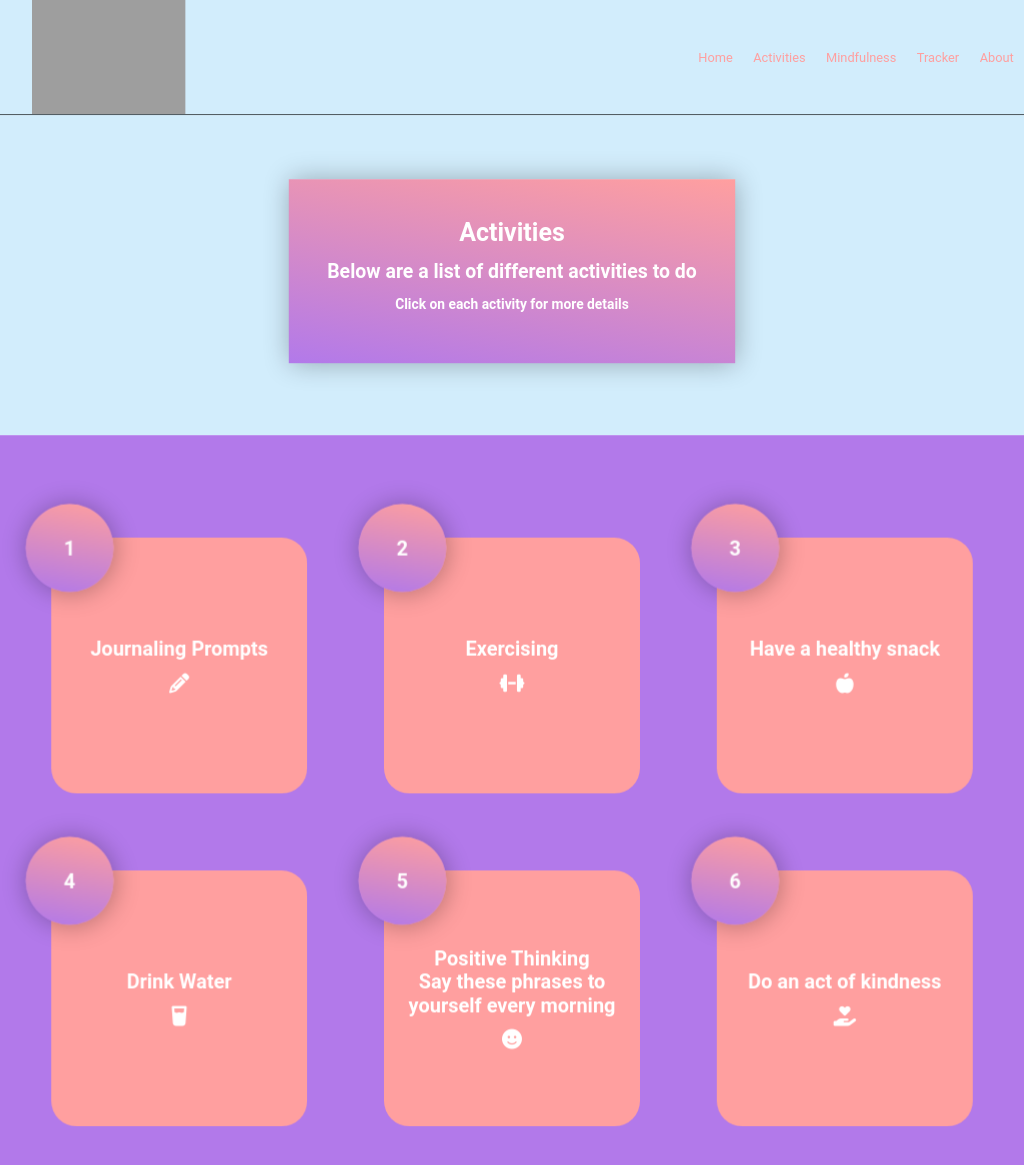
Repository: Nafisa-Huda/HealthierMind
Page: public/activities.html
The author's editor kept a copy of each file at every save. The page is drawn from the files as they stood at one save, then again after the next save.
The browser window is 1280 px wide. The pictures show the whole page, at 80% of full size.
Pictures or frames that could not be fetched are drawn as grey boxes. Some web libraries are served in a nearby version.

Above is the page before, as saved 2022-07-13 15:12:48.

After the next save:
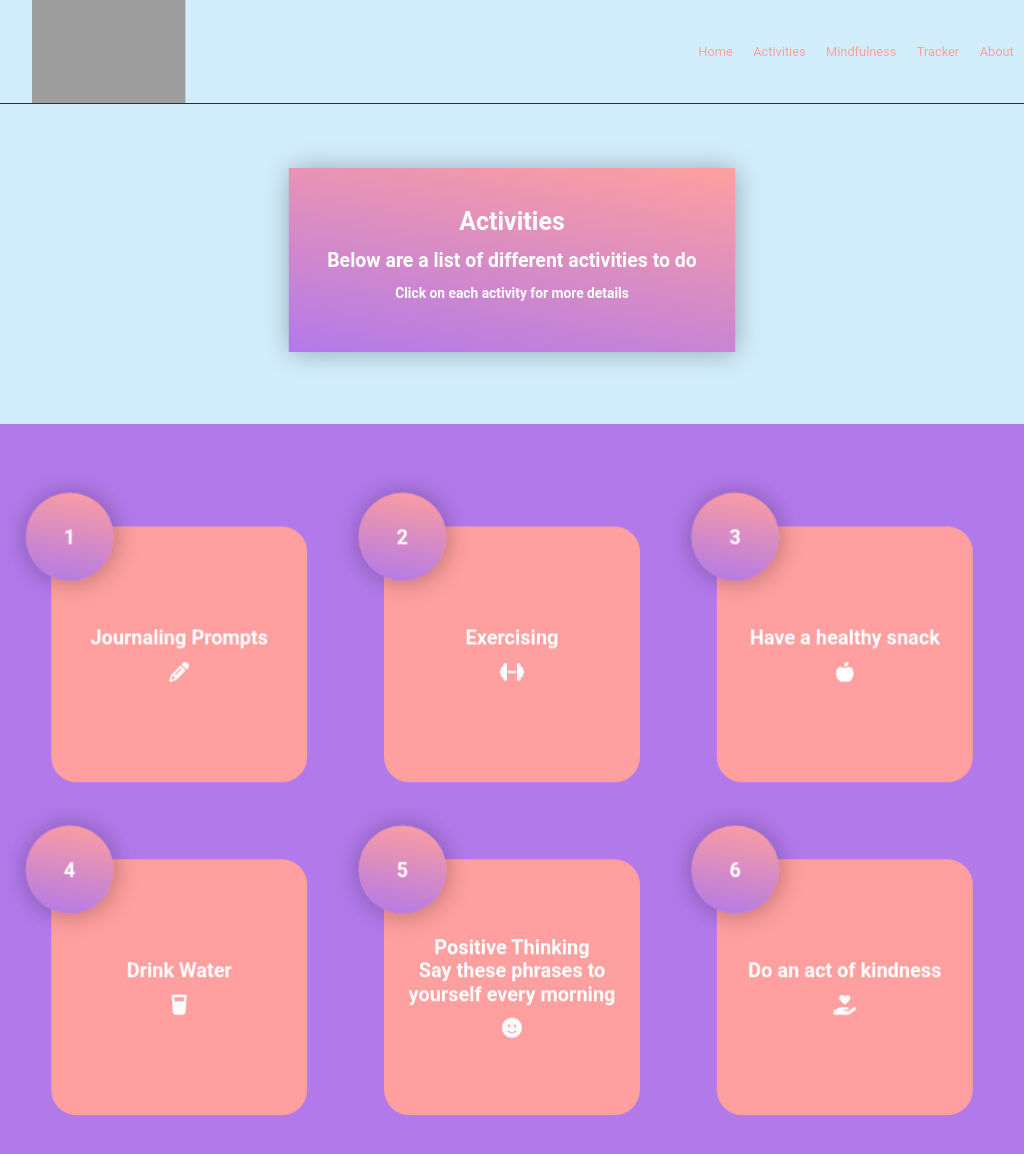
Saved 6 s later.
--- a/public/style.css
+++ b/public/style.css
@@ -42,7 +42,7 @@ header{
 
 .container {
   width: 100vw;
-  height: 20vh;
+  height: 18vh;
   margin: 0 auto;
   border-bottom: 0.1rem solid black;
 }
